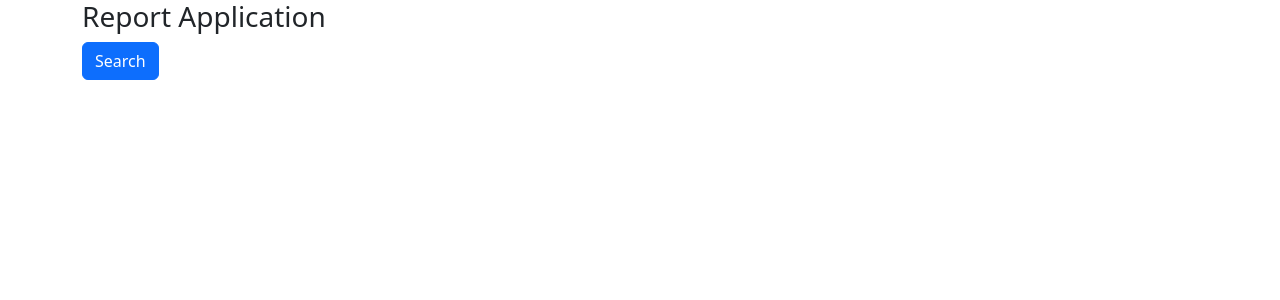
Repository: Dikshak1116/JavaProjects
Page: http://localhost/01-Reports-App/pages/index.jsp
An editor plug-in stored every save of this project. The page is shown before and after the next save, followed by the edit.
The browser window is 1280 px wide. The pictures show the whole page.
The page is served by Tomcat 9. Other server files are loaded and not shown.

Above is the page before, as saved 2023-04-07 17:34:38.

### 01-Reports-App/src/main/webapp/pages/index.jsp
<%@ page language="java" contentType="text/html; charset=ISO-8859-1"
    pageEncoding="ISO-8859-1"%>
<!DOCTYPE html>
<html>
<head>

    <meta charset="utf-8">
    <meta name="viewport" content="width=device-width, initial-scale=1">
    <title>Bootstrap demo</title>
    <link href="https://cdn.jsdelivr.net/npm/bootstrap@5.3.0-alpha3/dist/css/bootstrap.min.css" rel="stylesheet" integrity="sha384-KK94CHFLLe+nY2dmCWGMq91rCGa5gtU4mk92HdvYe+M/SXH301p5ILy+dN9+nJOZ" crossorigin="anonymous">

</head>
<body>

<div class="container">
	<h3>Report Application</h3>

	<button class="btn btn-primary">Search</button>
</div>

	<script
	src="https://cdn.jsdelivr.net/npm/bootstrap@5.3.0-alpha3/dist/js/bootstrap.bundle.min.js"
	integrity="sha384-ENjdO4Dr2bkBIFxQpeoTz1HIcje39Wm4jDKdf19U8gI4ddQ3GYNS7NTKfAdVQSZe"
	crossorigin="anonymous">
	</script>


</body>
</html>

After the next save:
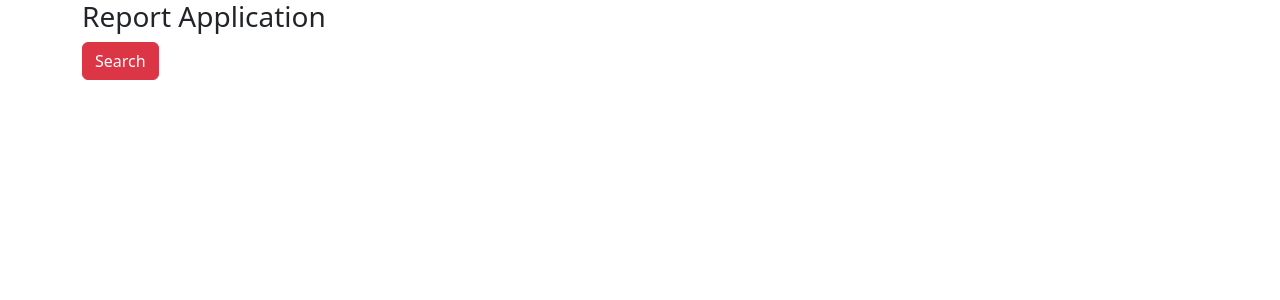
Saved 18 s later.
--- a/01-Reports-App/src/main/webapp/pages/index.jsp
+++ b/01-Reports-App/src/main/webapp/pages/index.jsp
@@ -15,7 +15,7 @@
 <div class="container">
 	<h3>Report Application</h3>
 
-	<button class="btn btn-primary">Search</button>
+	<button class="btn btn-danger">Search</button>
 </div>
 
 	<script

After the save that followed:
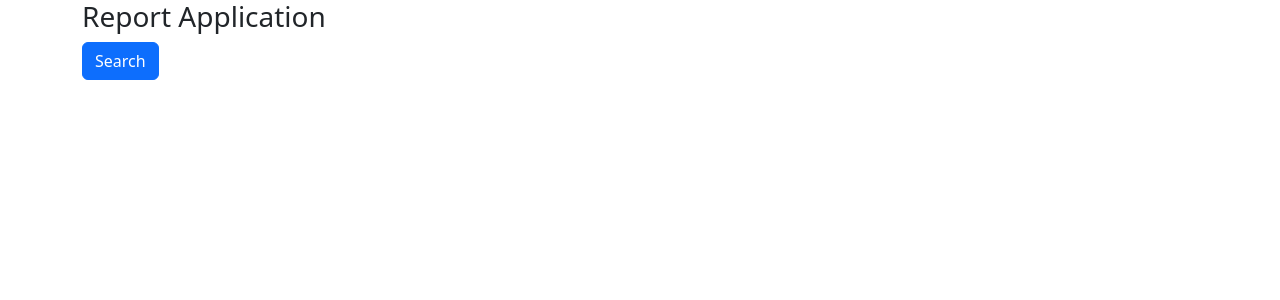
Saved 10 s later.
--- a/01-Reports-App/src/main/webapp/pages/index.jsp
+++ b/01-Reports-App/src/main/webapp/pages/index.jsp
@@ -15,7 +15,7 @@
 <div class="container">
 	<h3>Report Application</h3>
 
-	<button class="btn btn-danger">Search</button>
+	<button class="btn btn-primary">Search</button>
 </div>
 
 	<script
